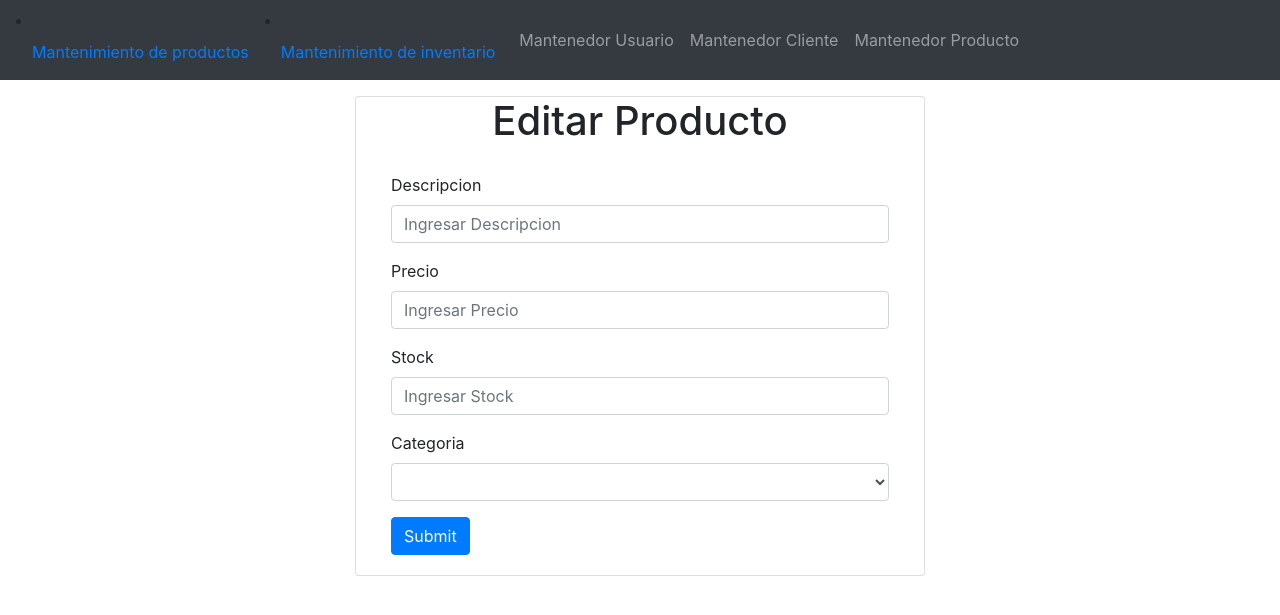
Repository: cartulina68/LP2_Examen2_Rosas
Page: http://localhost/inventario/edit
The author's editor kept a copy of each file at every save. The page is drawn from the files as they stood at one save, then again after the next save.
The browser window is 1280 px wide. The pictures show the whole page.
The page is this project's Thymeleaf template; nobody is signed in. The template is opened directly, without the code that normally fills it, so the values that code supplies are empty.

Above is the page before, as saved 2024-10-12 03:15:04.

### Spring/BD_T2_Inventario/src/main/resources/templates/inventario/edit.html
<!DOCTYPE html>
<html xmlns:th="http://www.thymeleaf.org">
    <head>
        <meta charset="ISO-8859-1">
        <title>Actualizar inventario</title>
        <link rel="stylesheet"
              href="https://maxcdn.bootstrapcdn.com/bootstrap/4.0.0/css/bootstrap.min.css"
              integrity="sha384-Gn5384xqQ1aoWXA+058RXPxPg6fy4IWvTNh0E263XmFcJlSAwiGgFAW/dAiS6JXm"
              crossorigin="anonymous">
    </head>
    <body>
        <nav class="navbar navbar-expand-md bg-dark navbar-dark">
            <!-- Brand -->
            <li class="nav-item"><a class="nav-link" th:href="@{/producto/index}">Mantenimiento de productos</a></li>
				<li class="nav-item"><a class="nav-link" th:href="@{/inventario/index}">Mantenimiento de inventario</a></li>

            <!-- Toggler/Collapse Button -->
            <button class="navbar-toggler" type="button" data-toggle="collapse" data-target="#collapsibleNavbar">
                <span class="navbar-toggler-icon"></span>
            </button>

            <!-- Navbar links -->
            <div class="collapse navbar-collapse" id="collapsibleNavbar">
                <ul class="navbar-nav">
                    <li class="nav-item">
                        <a class="nav-link" th:href="@{/usuario/}">Mantenedor Usuario</a>
                    </li>
                    <li class="nav-item">
                        <a class="nav-link" th:href="@{/cliente/}">Mantenedor Cliente</a>
                    </li>
                    <li class="nav-item">
                        <a class="nav-link" th:href="@{/producto/}">Mantenedor Producto</a>
                    </li>
                </ul>
            </div>
        </nav>
        <div class="container mt-3">
            <div class="row">
                <div class="col-lg-6 col-md-6 col-sm-6 container justify-content-center card">
                    <h1 class = "text-center"> Editar Producto</h1>
                    <div class="card-body">
                    <form th:action="@{/producto/{id} (id=${producto.idProd})}" th:object="${producto}" method="POST">

                        <div class="form-group" style="display: none">
                            <label>Codigo</label>
                            <input type="text" name="idProd" th:field="*{idProd}"
                                   class="form-control"
                                   placeholder="Ingresar Codigo" />
                        </div>

                          <div class="form-group">
                            <label>Descripcion</label>
                            <input type="text" name="descripcion" th:field="*{descripcion}"
                                   class="form-control"
                                   placeholder="Ingresar Descripcion" />
                        </div>

                        <div class="form-group">
                            <label>Precio</label>
                            <input type="text" name="precio" th:field="*{precio}"
                                   class="form-control"
                                   placeholder="Ingresar Precio" />
                        </div>
                        <div class="form-group">
                            <label>Stock</label>
                            <input type="text" name="stock" th:field="*{stock}"
                                   class="form-control"
                                   placeholder="Ingresar Stock" />
                        </div>

                          <div class="form-group">
                            <label>Categoria</label>
                            <select th:field="*{categoria}" name="categoriaList" class="form-control">
                                <option th:each="categoria :${categoriaList}" th:value="${categoria.id}" th:text="${categoria.descripcion}" />
                            </select>
                        </div>



                        <div class="box-footer">
                            <button type="submit" class="btn btn-primary">Submit</button>
                        </div>

                    </form>
                    </div>
                </div>
            </div>
        </div>

    </body>
</html>

After the next save:
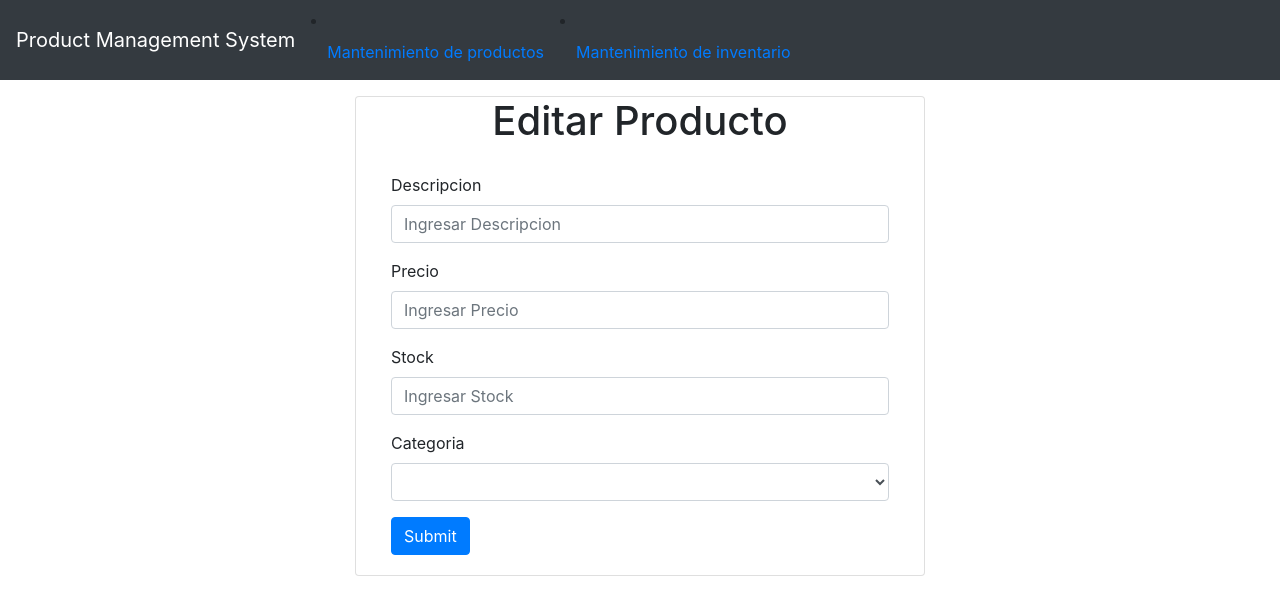
Saved 20 s later.
--- a/Spring/BD_T2_Inventario/src/main/resources/templates/inventario/edit.html
+++ b/Spring/BD_T2_Inventario/src/main/resources/templates/inventario/edit.html
@@ -11,8 +11,7 @@
     <body>
         <nav class="navbar navbar-expand-md bg-dark navbar-dark">
             <!-- Brand -->
-            <li class="nav-item"><a class="nav-link" th:href="@{/producto/index}">Mantenimiento de productos</a></li>
-				<li class="nav-item"><a class="nav-link" th:href="@{/inventario/index}">Mantenimiento de inventario</a></li>
+            <a class="navbar-brand" href="#">Product Management System</a>
 
             <!-- Toggler/Collapse Button -->
             <button class="navbar-toggler" type="button" data-toggle="collapse" data-target="#collapsibleNavbar">
@@ -21,17 +20,8 @@
 
             <!-- Navbar links -->
             <div class="collapse navbar-collapse" id="collapsibleNavbar">
-                <ul class="navbar-nav">
-                    <li class="nav-item">
-                        <a class="nav-link" th:href="@{/usuario/}">Mantenedor Usuario</a>
-                    </li>
-                    <li class="nav-item">
-                        <a class="nav-link" th:href="@{/cliente/}">Mantenedor Cliente</a>
-                    </li>
-                    <li class="nav-item">
-                        <a class="nav-link" th:href="@{/producto/}">Mantenedor Producto</a>
-                    </li>
-                </ul>
+                <li class="nav-item"><a class="nav-link" th:href="@{/producto/index}">Mantenimiento de productos</a></li>
+				<li class="nav-item"><a class="nav-link" th:href="@{/inventario/index}">Mantenimiento de inventario</a></li>
             </div>
         </nav>
         <div class="container mt-3">
